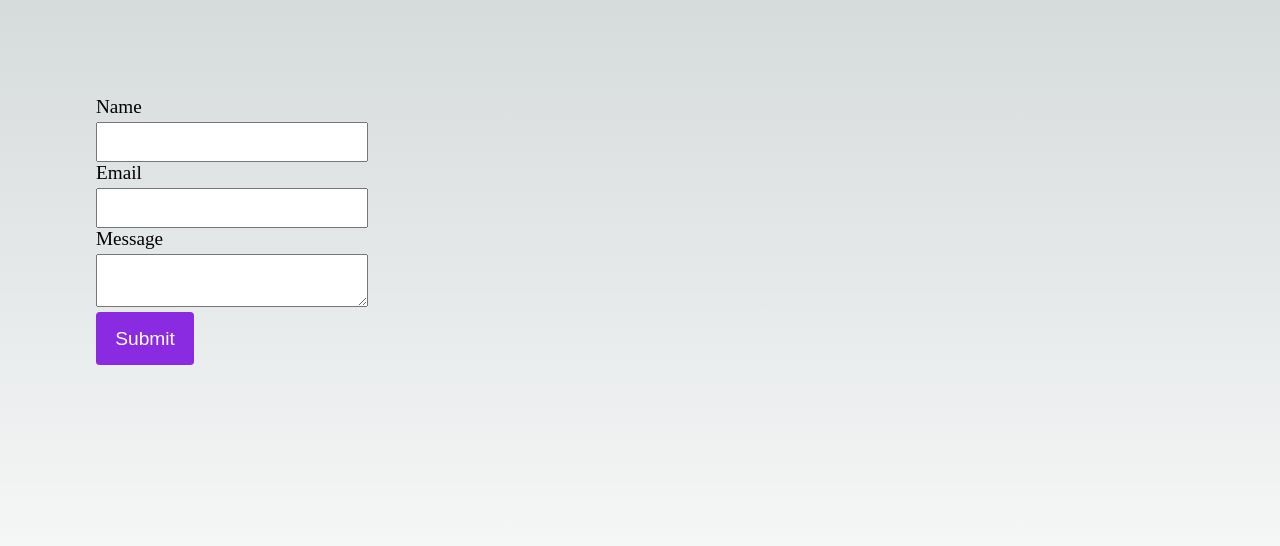
Repository: jackfusion/NewContactMe
Page: /
The author's editor kept a copy of each file at every save. The page is drawn from the files as they stood at one save, then again after the next save.
The browser window is 1280 px wide. The pictures show the whole page.
The project was rebuilt for these pictures with package versions that can differ from the ones it lists, and the page was loaded fresh each time. Some packages were replaced by stand-ins written for this rebuild. The framework's server and built-in components were replaced by stand-ins that run in the browser. Also part of the build but not shown: next.config.js.

Above is the page before, as saved 2023-02-11 22:59:19.

### pages/index.js
import Head from 'next/head'
import Image from 'next/image'
import { Inter } from '@next/font/google'
import styles from '@/styles/Home.module.css'

const inter = Inter({ subsets: ['latin'] })

export default function Home() {
  async function handleOnSubmit(e) {
  e.preventDefault();

  const formData = {};

  Array.from(e.currentTarget.elements).forEach(field => {
    if ( !field.name ) return;
    formData[field.name] = field.value;
  });

  await fetch('/api/mail', {
    method: 'POST',
    body: JSON.stringify(formData)
  });
    setName('');
    setEmail('');
    setMessage('');
}
  return (
    <>
      <Head>
        <title>Create Next App</title>
        <meta name="description" content="Generated by create next app" />
        <meta name="viewport" content="width=device-width, initial-scale=1" />
        <link rel="icon" href="/favicon.ico" />
      </Head>
      <main className={styles.main}>
        <div className={styles.grid}>
          <style jsx>{`
            form {
              font-size: 1.2em;
            }

            label {
              display: block;
              margin-bottom: .2em;
            }

            input,
            textarea {
              width: 100%;
              padding: .8em;
            }

            button {
              color: white;
              font-size: 1em;
              background-color: blueviolet;
              padding: .8em 1em;
              border: none;
              border-radius: .2em;
            }
          `}</style>
          <form method="post" onSubmit={handleOnSubmit}>
            <p>
              <label htmlFor="name">Name</label>
              <input id="name" type="text" name="name" onChange={e => setName(e.target.value)} />
            </p>
            <p>
              <label htmlFor="email">Email</label>
              <input id="email" type="text" name="email" onChange={e => setEmail(e.target.value)} />
            </p>
            <p>
              <label htmlFor="message">Message</label>
              <textarea id="message" name="message" onChange={e => setMessage(e.target.value)} />
            </p>
            <p>
              <button>Submit</button>
            </p>
          </form>
        </div>
      </main>
    </>
  )
}

Loaded but not shown: pages/_app.js (common file); pages/_document.js (common file); styles/globals.css (common file); styles/Home.module.css (common file)

After the next save:
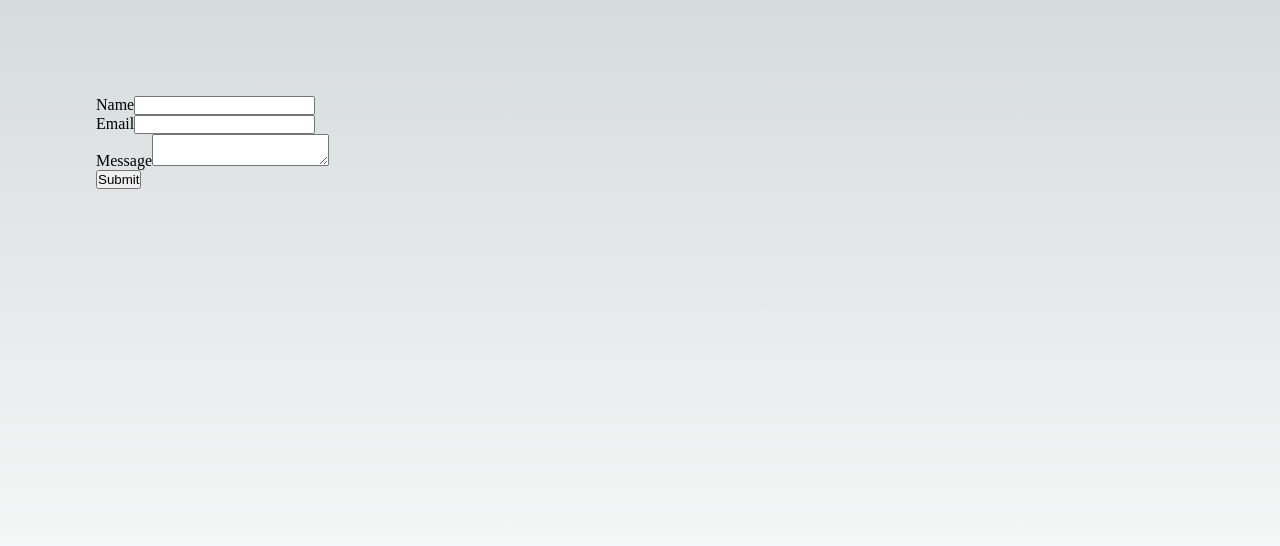
Saved 3 min 5 s later.
--- a/pages/index.js
+++ b/pages/index.js
@@ -20,9 +20,6 @@ export default function Home() {
     method: 'POST',
     body: JSON.stringify(formData)
   });
-    setName('');
-    setEmail('');
-    setMessage('');
 }
   return (
     <>
@@ -35,42 +32,20 @@ export default function Home() {
       <main className={styles.main}>
         <div className={styles.grid}>
           <style jsx>{`
-            form {
-              font-size: 1.2em;
-            }
 
-            label {
-              display: block;
-              margin-bottom: .2em;
-            }
-
-            input,
-            textarea {
-              width: 100%;
-              padding: .8em;
-            }
-
-            button {
-              color: white;
-              font-size: 1em;
-              background-color: blueviolet;
-              padding: .8em 1em;
-              border: none;
-              border-radius: .2em;
-            }
           `}</style>
           <form method="post" onSubmit={handleOnSubmit}>
             <p>
               <label htmlFor="name">Name</label>
-              <input id="name" type="text" name="name" onChange={e => setName(e.target.value)} />
+              <input id="name" type="text" name="name" />
             </p>
             <p>
               <label htmlFor="email">Email</label>
-              <input id="email" type="text" name="email" onChange={e => setEmail(e.target.value)} />
+              <input id="email" type="text" name="email" />
             </p>
             <p>
               <label htmlFor="message">Message</label>
-              <textarea id="message" name="message" onChange={e => setMessage(e.target.value)} />
+              <textarea id="message" name="message" />
             </p>
             <p>
               <button>Submit</button>
